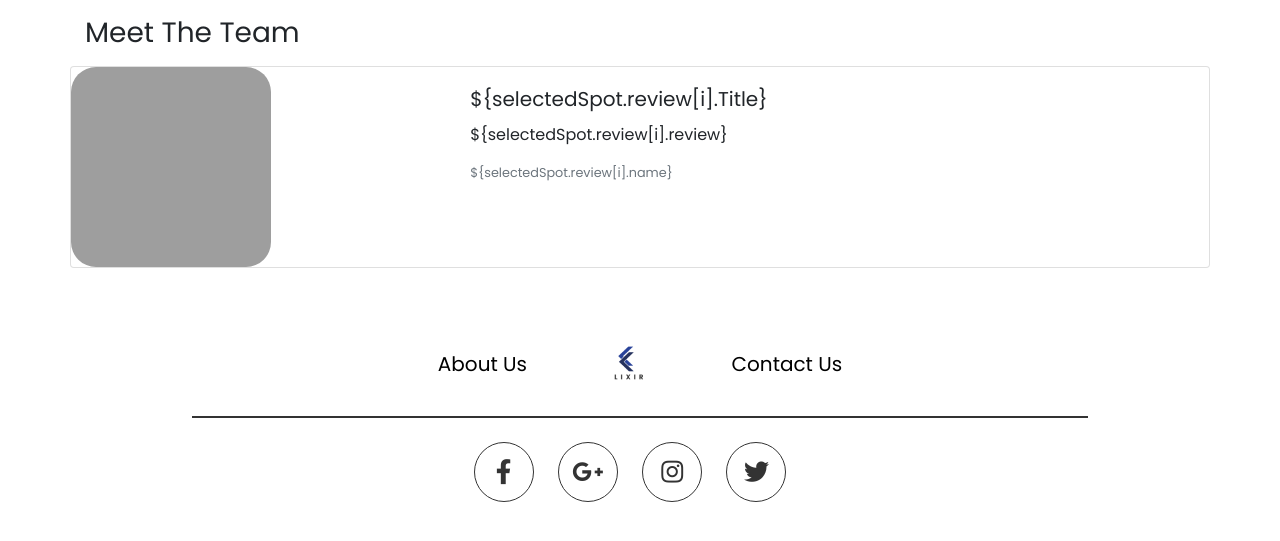
Repository: phiiileo/lit-page
Page: team-page.html
The author's editor kept a copy of each file at every save. The page is drawn from the files as they stood at one save, then again after a run of saves.
The browser window is 1280 px wide. The pictures show the whole page.
Pictures or frames that could not be fetched are drawn as grey boxes. Some web libraries are served in a nearby version.

Above is the page before, as saved 2019-12-04 20:47:58.

### team-page.html
<head>
  <meta charset="UTF-8" />
  <meta name="viewport" content="width=device-width, initial-scale=1.0" />
  <meta http-equiv="X-UA-Compatible" content="ie=edge" />
  <title>Lixir | Official Page</title>
  <link
    rel="stylesheet"
    href="css/bootstrap-4.4.0-dist/css/bootstrap.min.css"
  />
  <script src="js/jquery-1.11.1.min.js"></script>
  <script src="js/popper.min.js"></script>
  <script src="css/bootstrap-4.4.0-dist/js/bootstrap.min.js"></script>
  <link
    href="https://fonts.googleapis.com/css?family=Poppins&display=swap"
    rel="stylesheet"
  />
  <link
    rel="stylesheet"
    type="text/css"
    href="https://cdnjs.cloudflare.com/ajax/libs/font-awesome/5.11.2/css/all.min.css"
  />
  <link rel="stylesheet" href="css/site_footer.css" />
  <link rel="stylesheet" href="./css/team-page.css">
</head>

<div class="container">
    <p><h3>Meet The Team</h3></p>
    <div class="row row-cols-1 row-cols-md-1">
        <div class="card">
            <div class="row no-gutters">
                <div class="col-md-4">
                    <img src="${selectedSpot.review[i].img}" alt="${selectedSpot.review[i].name}" class="team-image">
                </div>
                <div class="col-md-8">
                    <div class="card-body">
                        <h5 class="card-title">${selectedSpot.review[i].Title}</h5>
                        <p class="card-text">${selectedSpot.review[i].review}</p>
                        <p class="card-text"><small class="text-muted">${selectedSpot.review[i].name}</small></p>
                    </div>
                </div>
            </div>
        </div>
    </div>
</div>

<footer class="mt-5">
  <section class="footer_content mx-auto text-center">
    <section class="footer_content--one">
      <a href="about_us.php" class="">About Us</a>
      <a href="index.php" class="mx-5">
        <img src="image/footer_logo.png" alt="" width="100px" height="100px"
      /></a>
      <a href="contact.php" class="">Contact Us</a>
    </section>
    <section class="footer_content--two pt-4">
      <a href="#"><i class="fab fa-facebook-f"></i></a>
      <a href=""><i class="fab fa-google-plus-g"></i></a>
      <a href=""><i class="fab fa-instagram"></i></a>
      <a href=""><i class="fab fa-twitter"></i></a>
    </section>
  </section>
</footer>

### css/site_footer.css
footer .footer_content {
    width: 70%;
  }

  footer .footer_content .footer_content--one {
    width: 100%;
    border-bottom: 2px solid #333333;
  }

  footer .footer_content .footer_content--one a {
    font-size: 20px;
    line-height: 28px;
    color: #000000;
    display: inline-block;
  }

  footer .footer_content .footer_content--two a {
    color: #333333;
    border: 1px solid #333333;
    border-radius: 50%;
    width: 60px;
    height: 60px;
    display: -webkit-inline-box;
    display: -ms-inline-flexbox;
    display: inline-flex;
    -webkit-box-pack: center;
        -ms-flex-pack: center;
            justify-content: center;
    -webkit-box-align: center;
        -ms-flex-align: center;
            align-items: center;
    margin-right: 20px;
    margin-bottom: 20px;
  }

  footer .footer_content .footer_content--two a i {
    font-size: 25px;
  }

### css/team-page.css
* {
  margin-top: 0;
  padding: 0px;
  box-sizing: border-box;
  font-family: "Poppins", sans-serif;
}
.team-image{
    width: 200px;
    height: 200px;
    border-radius: 25px;
}

Loaded but not shown: css/bootstrap-4.4.0-dist/css/bootstrap.min.css (library); js/jquery-1.11.1.min.js (library); js/popper.min.js (library); css/bootstrap-4.4.0-dist/js/bootstrap.min.js (library)

After the next 4 saves:
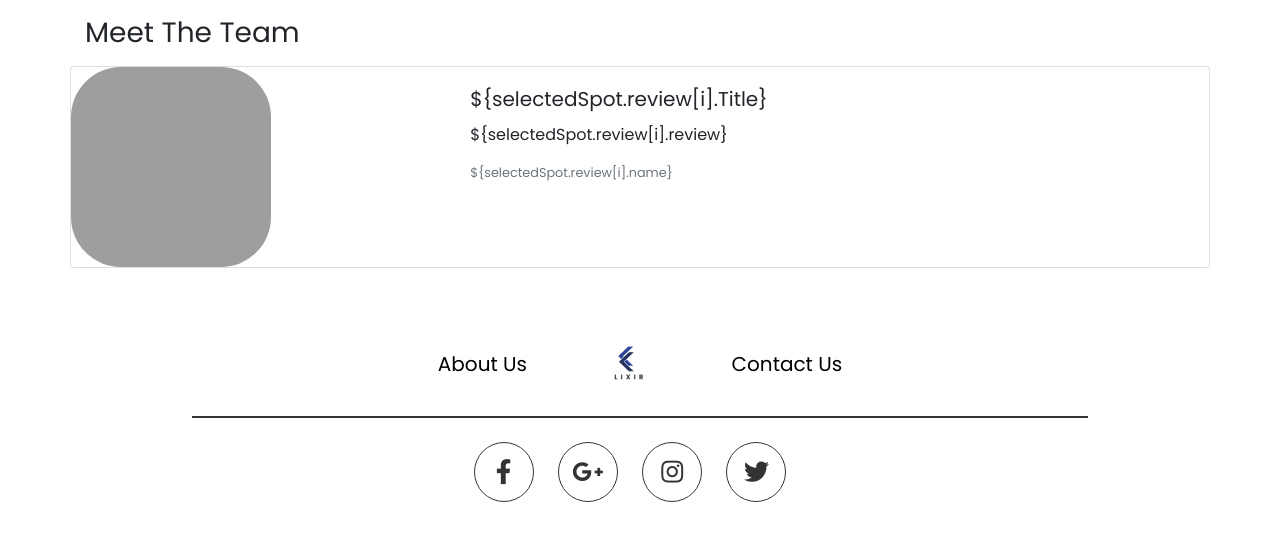
The 4 saves are shown as one change because they came seconds apart.
The last was saved 4 min 49 s later.
--- a/css/team-page.css
+++ b/css/team-page.css
@@ -7,5 +7,5 @@
 .team-image{
     width: 200px;
     height: 200px;
-    border-radius: 25px;
+    border-radius: 50px;
 }
